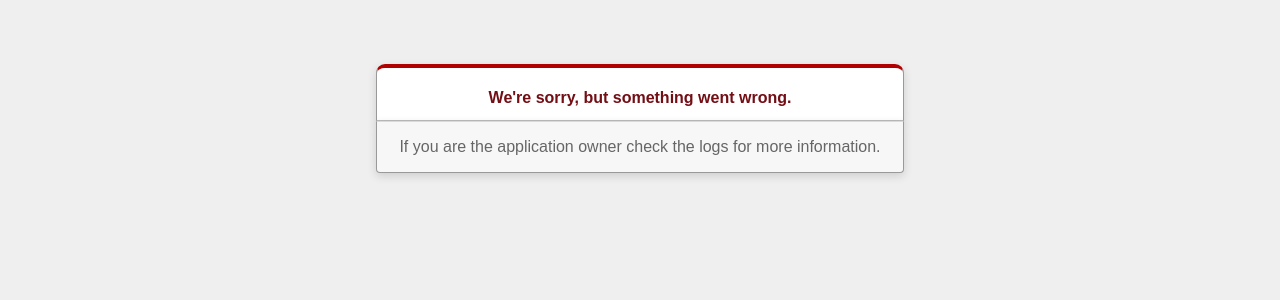
Repository: MLbier/project4habits
Page: public/500.html
An editor plug-in stored every save of this project. The page is shown before and after the next save, followed by the edit.
The browser window is 1280 px wide. The pictures show the whole page.

Above is the page before, as saved 2021-12-03 13:07:46.

### public/500.html
<!DOCTYPE html>
<html>
<head>
  <title>We're sorry, but something went wrong (500)</title>
  <meta name="viewport" content="width=device-width,initial-scale=1">
  <style>
  .rails-default-error-page {
    background-color: #EFEFEF;
    color: #2E2F30;
    text-align: center;
    font-family: arial, sans-serif;
    margin: 0;
  }

  .rails-default-error-page div.dialog {
    width: 95%;
    max-width: 33em;
    margin: 4em auto 0;
  }

  .rails-default-error-page div.dialog > div {
    border: 1px solid #CCC;
    border-right-color: #999;
    border-left-color: #999;
    border-bottom-color: #BBB;
    border-top: #B00100 solid 4px;
    border-top-left-radius: 9px;
    border-top-right-radius: 9px;
    background-color: white;
    padding: 7px 12% 0;
    box-shadow: 0 3px 8px rgba(50, 50, 50, 0.17);
  }

  .rails-default-error-page h1 {
    font-size: 100%;
    color: #730E15;
    line-height: 1.5em;
  }

  .rails-default-error-page div.dialog > p {
    margin: 0 0 1em;
    padding: 1em;
    background-color: #F7F7F7;
    border: 1px solid #CCC;
    border-right-color: #999;
    border-left-color: #999;
    border-bottom-color: #999;
    border-bottom-left-radius: 4px;
    border-bottom-right-radius: 4px;
    border-top-color: #DADADA;
    color: #666;
    box-shadow: 0 3px 8px rgba(50, 50, 50, 0.17);
  }
  </style>
</head>

<body class="rails-default-error-page">
  <!-- This file lives in public/500.html -->
  <div class="dialog">
    <div>
      <h1>We're sorry, but something went wrong.</h1>
    </div>
    <p>If you are the application owner check the logs for more information.</p>
  </div>
</body>
</html>

After the next save:
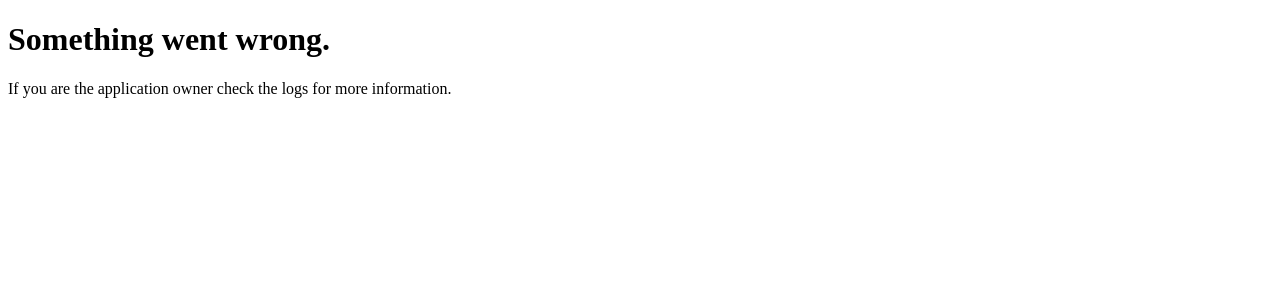
Saved 20 s later.
--- a/public/500.html
+++ b/public/500.html
@@ -54,11 +54,11 @@
   </style>
 </head>
 
-<body class="rails-default-error-page">
+<body>
   <!-- This file lives in public/500.html -->
   <div class="dialog">
     <div>
-      <h1>We're sorry, but something went wrong.</h1>
+      <h1>Something went wrong.</h1>
     </div>
     <p>If you are the application owner check the logs for more information.</p>
   </div>
